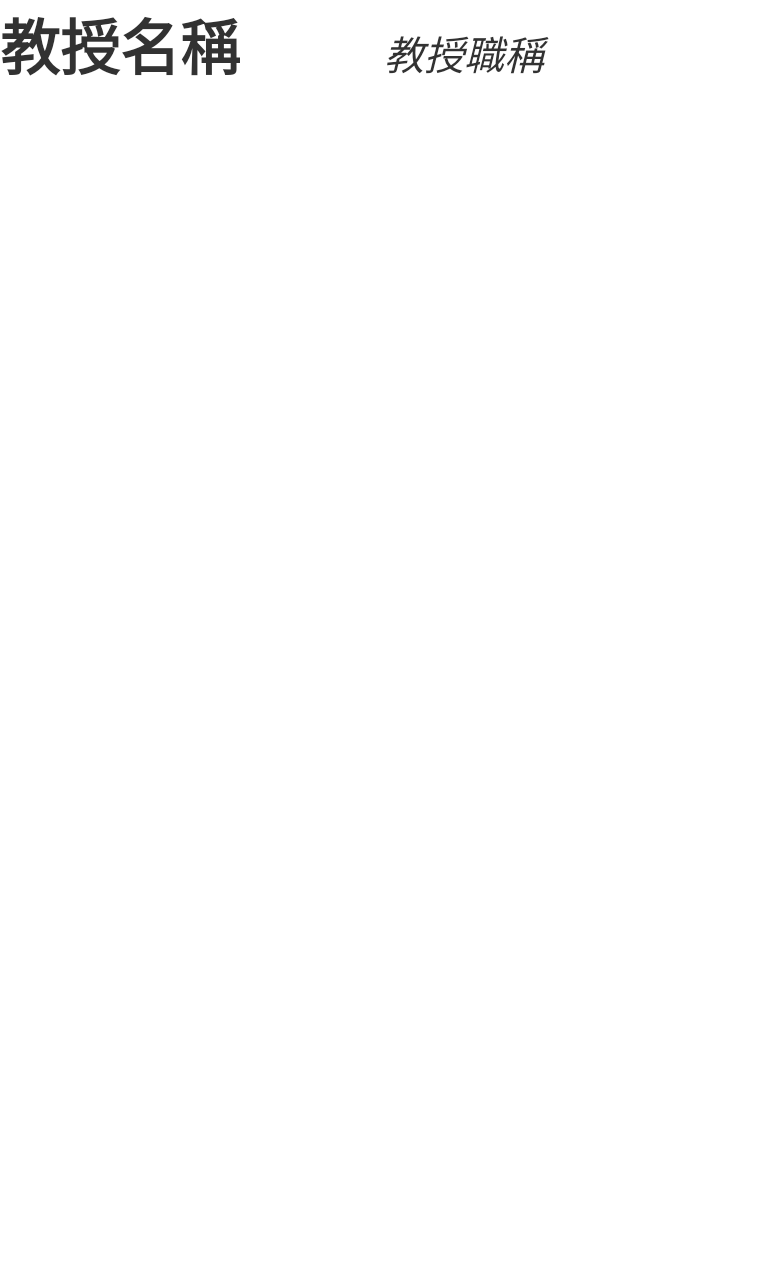
Repository: gt212345/p4p-android
Layout: p4p-android/res/layout/pros_list_item.xml
An editor plug-in stored every save of this project. The layout is shown before and after the next save, followed by the edit.
It is drawn on a 768 x 1280 px phone screen (xhdpi) without system bars, with theme AppTheme; the app's code is not run.

Above is the layout before, as saved 2014-05-25 00:59:48.

After the next save:
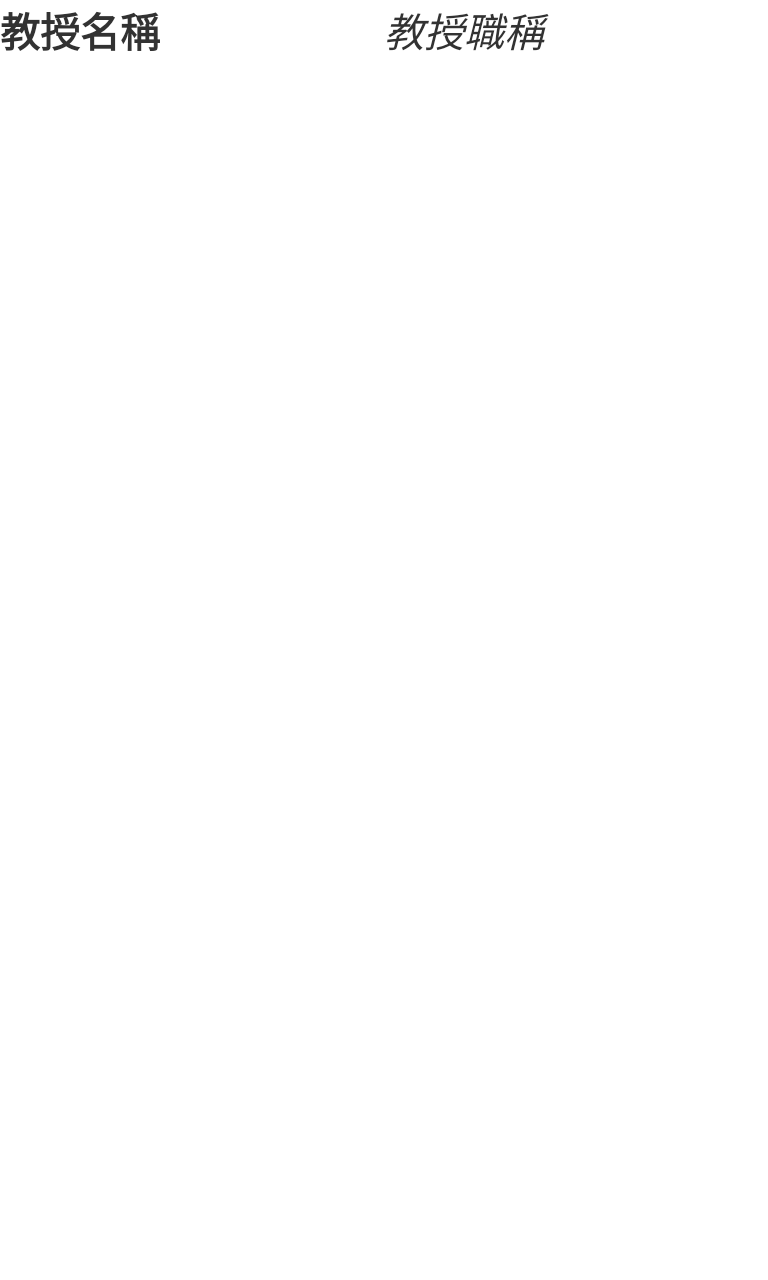
Saved 6 s later.
--- a/p4p-android/res/layout/pros_list_item.xml
+++ b/p4p-android/res/layout/pros_list_item.xml
@@ -8,7 +8,7 @@
         android:layout_width="match_parent"
         android:layout_height="wrap_content"
         android:layout_weight="0.50"
-        android:textSize="30dp"
+        android:textSize="20dp"
         android:textStyle="bold"
         android:text="教授名稱" />
 
